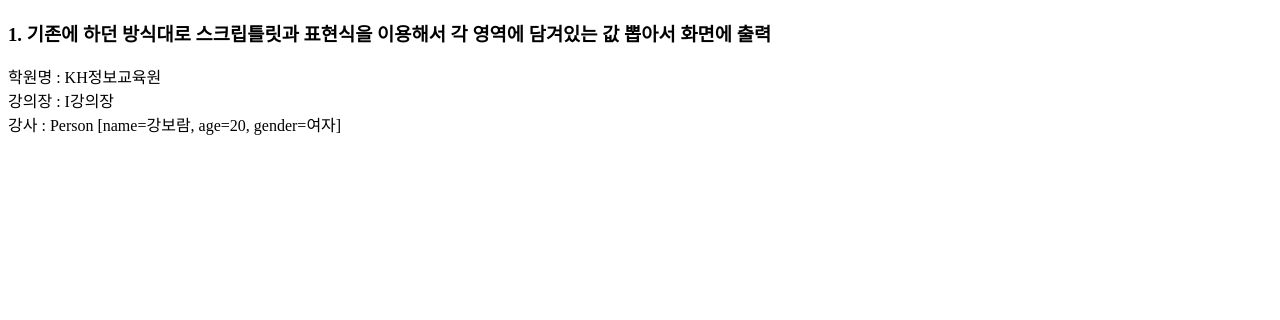
Repository: Young-27/DailyStudy
Page: http://localhost/actionProject/el.do
The author's editor kept a copy of each file at every save. The page is drawn from the files as they stood at one save, then again after the next save.
The browser window is 1280 px wide. The pictures show the whole page.
The page is served by Tomcat 9.

Above is the page before, as saved 2021-06-16 08:05:12.

After the next save:
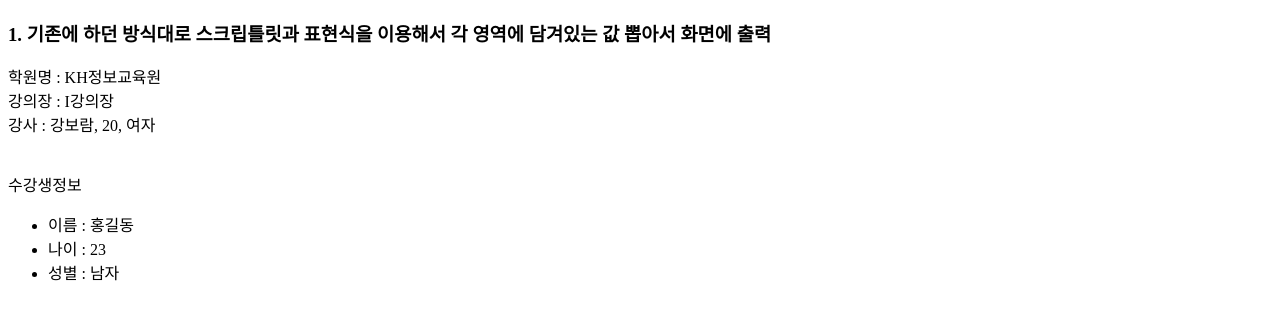
Saved 3 min 36 s later.
--- a/Server/web-workspace2/actionProject/WebContent/views/1_EL/01_el.jsp
+++ b/Server/web-workspace2/actionProject/WebContent/views/1_EL/01_el.jsp
@@ -20,7 +20,14 @@
 	<p>
 		학원명 : <%= academy %> <br>
 		강의장 : <%= classRoom %> <br>
-		강사 : <%= teacher %>
+		강사 : <%= teacher.getName() %>, <%= teacher.getAge() %>, <%= teacher.getGender() %> <br>
+		<br><br>
+		수강생정보
+		<ul>
+			<li>이름 : <%= student.getName() %></li>
+			<li>나이 : <%= student.getAge() %></li>
+			<li>성별 : <%= student.getGender() %></li>
+		</ul>
 	</p>
 
 
